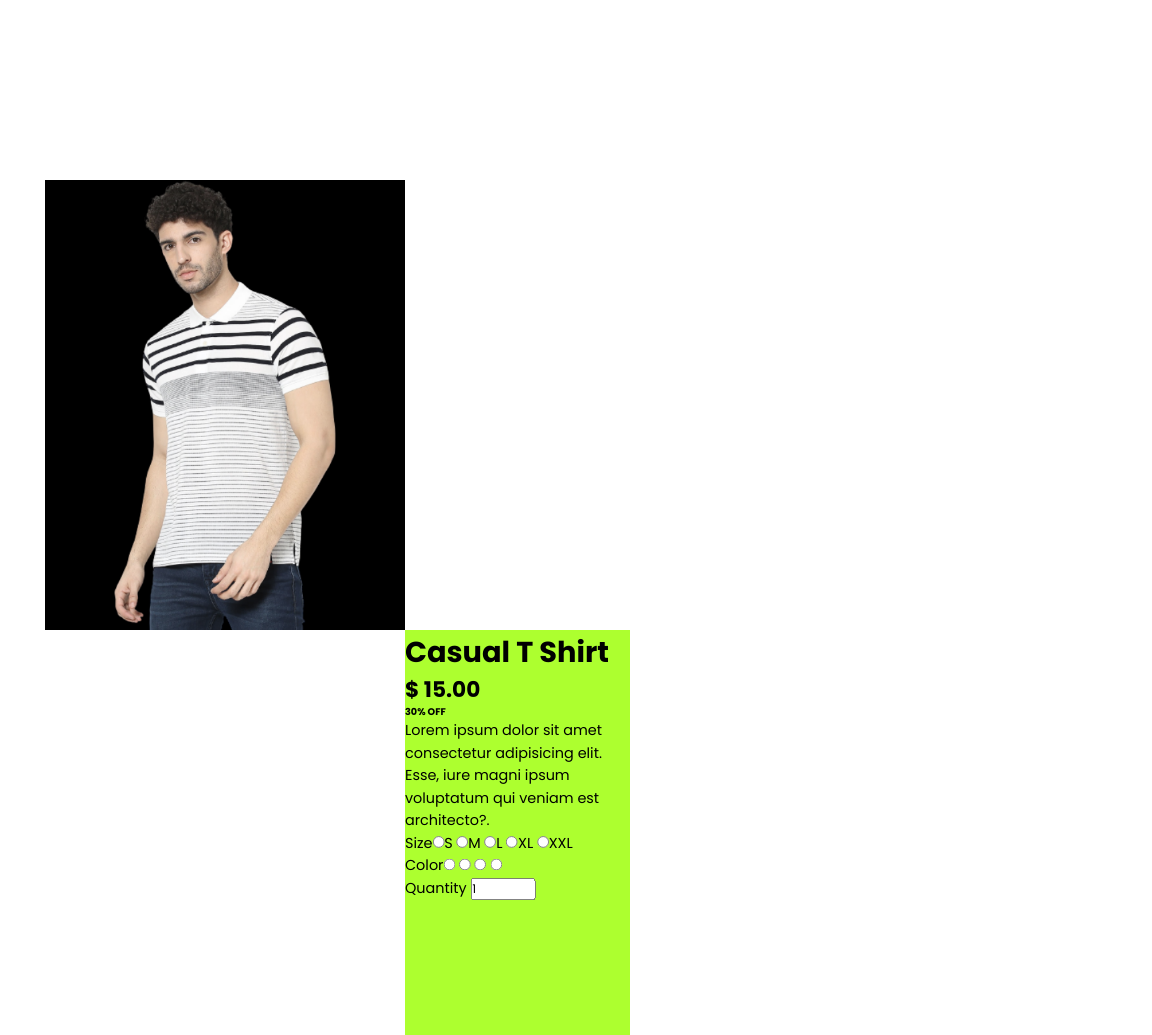
Repository: Ankitkr2021/Product-Page
Page: index.html
These files come from the project's save history. The page is drawn as it stood at one moment and after a run of saves; the edit follows.
The browser window is 1280 px wide. The pictures show the whole page, at 90% of full size.

Above is the page before, as saved 2025-10-24 10:18:40.

After the next 4 saves:
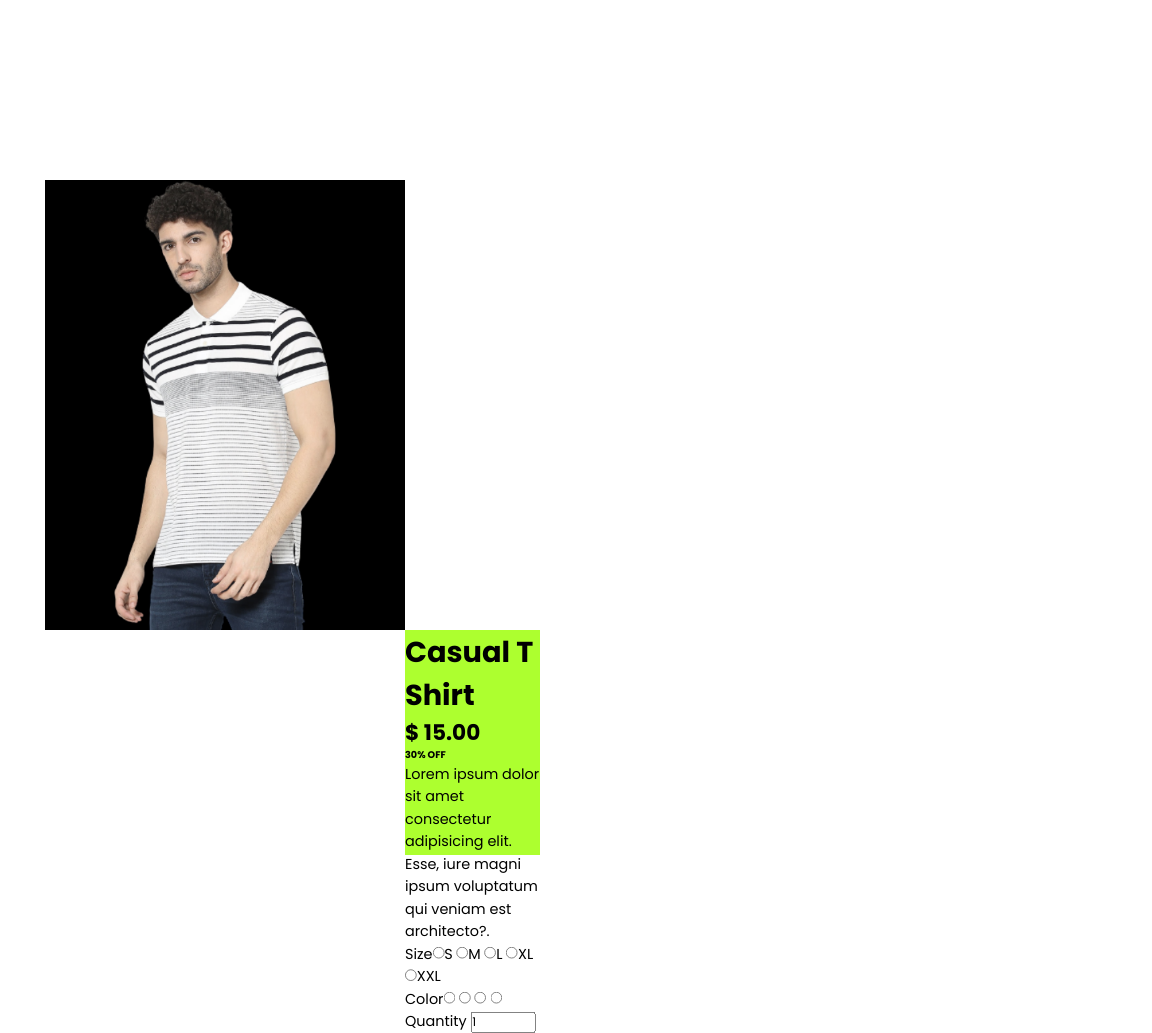
The 4 saves are shown as one change because they came seconds apart.
The last was saved 14 s later.
--- a/style.css
+++ b/style.css
@@ -19,8 +19,8 @@
 }
 
 .right{
-    height: 450px;
-    width: 250px;
+    height: 250px;
+    width: 150px;
     margin-left: 450px;
     background: greenyellow;
 

After the save that followed:
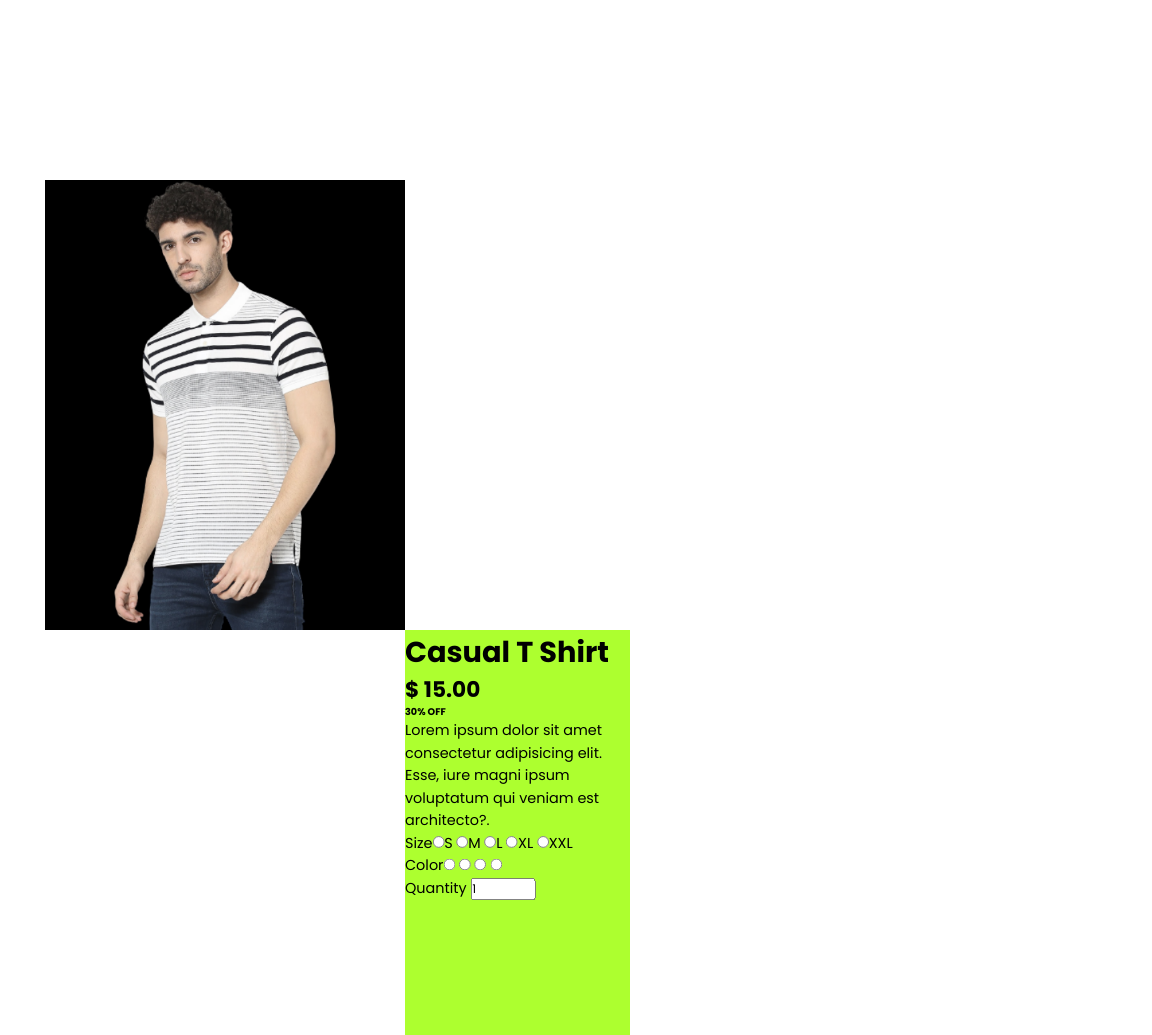
Saved 4 s later.
--- a/style.css
+++ b/style.css
@@ -19,8 +19,8 @@
 }
 
 .right{
-    height: 250px;
-    width: 150px;
+    height: 450px;
+    width: 250px;
     margin-left: 450px;
     background: greenyellow;
 
